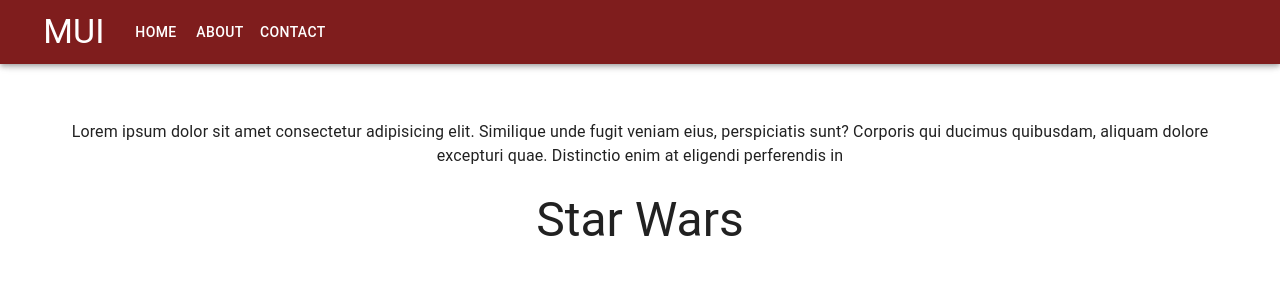
Repository: marianozamora/lisit-challenge
Page: /
An editor plug-in stored every save of this project. The page is shown before and after the next save, followed by the edit.
The browser window is 1280 px wide. The pictures show the whole page.
The page's requests for data from a server got no answer. The project was rebuilt for these pictures with package versions that can differ from the ones it lists, and the page was loaded fresh each time. Some packages were replaced by stand-ins written for this rebuild. No one was signed in, and anything a server would have sent is missing. Also part of the build but not shown: vite.config.ts, src/components/Pagination.tsx.

Above is the page before, as saved 2023-05-11 00:40:21.

After the next save:
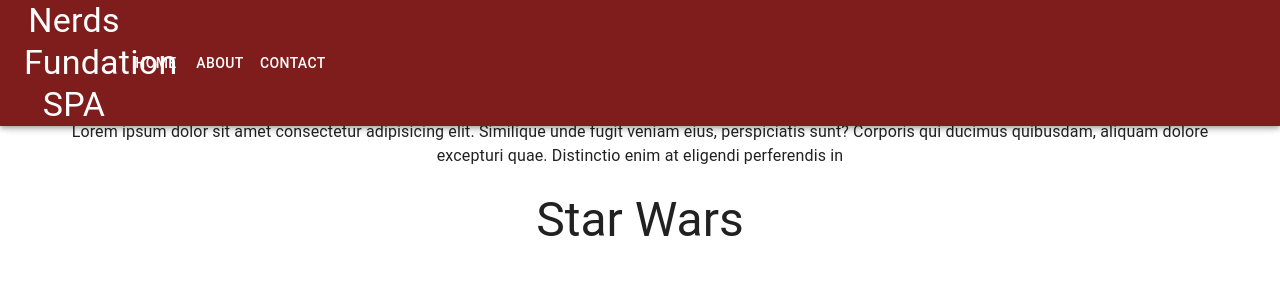
Saved 10 min 38 s later.
--- a/src/components/Header.tsx
+++ b/src/components/Header.tsx
@@ -63,7 +63,7 @@
                 className="text-white w-[100px]"
                 sx={{ display: { xs: 'none', sm: 'block' } }}
                 >
-                MUI
+                Nerds Fundation SPA
                 </Typography>
                 <Box sx={{ display: { xs: 'none', sm: 'block' } }}>
                 {navItems.map((item) => (
